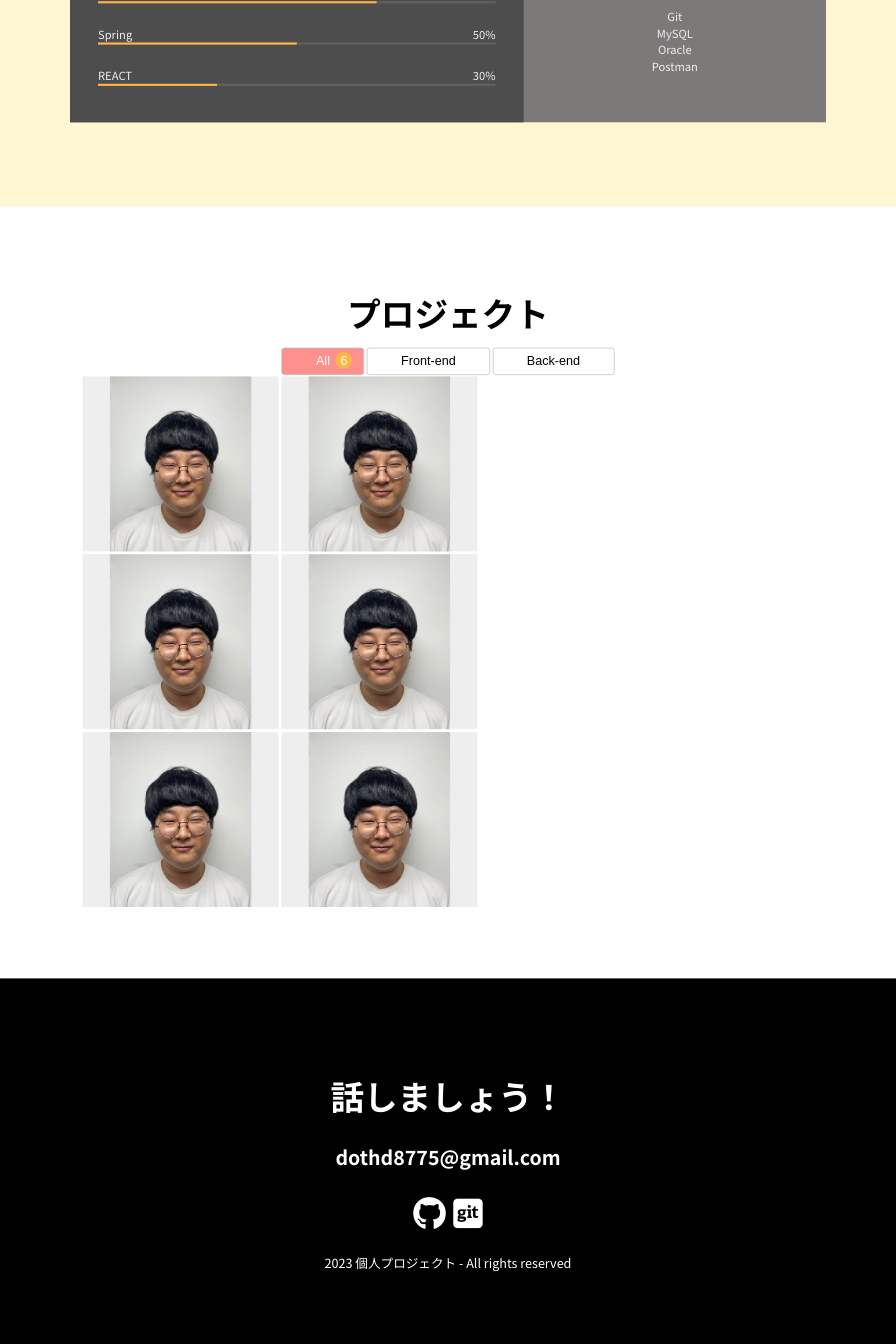
Repository: N1C0N1C0/website_introduction
Page: index.html
An editor plug-in stored every save of this project. The page is shown before and after the next save, followed by the edit.
The browser window is 1280 px wide. The pictures show the part of the page from y = 2114 to 4034 px (the page is 4034 px tall before and 3780 px after), at 70% of full size.
Some web libraries are served in a nearby version.

Above is the page before, as saved 2023-08-29 03:19:42.

### index.html
<!DOCTYPE html>
<html lang="en">
  <head>
    <meta charset="UTF-8" />
    <meta name="viewport" content="width=device-width, initial-scale=1.0" />
    <title>自己紹介</title>
    <meta
      name="description"
      content="Portfolio for engineer KimJeongmin"
    />
    <meta name="author" content="Kim" />
    <link rel="icon" type="image/icon" href="imgs/file-pdf-solid.svg" />
    <script src="https://kit.fontawesome.com/04742e9fab.js" crossorigin="anonymous"></script>
    <link href="https://fonts.googleapis.com/css2?family=Noto+Sans+JP:wght@300;400;500&display=swap" rel="stylesheet">

    <link rel="stylesheet" href="style.css" />
    <script src="main.js" defer></script>
  </head>
  <body>
    <!-- Navbar -->
    <nav id="navbar">
      <div class="navbar__logo">
        <i class="fa-regular fa-face-smile"></i>
        <a href="#">キムジョンミン</a>
      </div>
        <ul class="navbar__menu">
          <li class="navbar__menu__item active" data-link="#home">ホーム</li>
          <li class="navbar__menu__item" data-link="#about">紹介</li>
          <li class="navbar__menu__item" data-link="#skills">技術</li>
          <li class="navbar__menu__item" data-link="#work">プロジェクト</li>
          <li class="navbar__menu__item" data-link="#contact">連絡</li>
        </ul>

      <!-- Toggle button -->
      <button class="navbar__toggle-btn">
        <i class="fa-solid fa-bars"></i>
      </button>
    </nav>

    <!-- Home -->
    <section id="home">
      <div class="home__container">
      <img src="imgs/kimu.jpg" alt="Anzang" class="home__avatar" />
      <h1 class="home__title">ようこそ <br />キムジョンミンと申します。</h1>
      <h2 class="home__description">
        今は株式会社SISに内定者です。
      </h2>
      <button class="home__contact">連絡しましょう</button>
    </div>
    </section>
    <!-- About -->
    <section id="about" class="section" class="section__container">
      <h1>自己紹介</h1>
      <p>
        初めまして、2022年9月からITの方を勉強しています。
      </p>
      <div class="about__majors">
        <div class="major">
          <div class="major__icon">
            <i class="fa-brands fa-html5"></i>
          </div>
          <h2 class="major__title">Front-end</h2>
          <div class="major__description">
            HTML, CSS, JavaScript,
            <br />React
          </div>
        </div>
        <div class="major">
          <div class="major__icon">
            <i class="fa-sharp fa-solid fa-backward-fast"></i>
          </div>
          <h2 class="major__title">Back-end</h2>
          <div class="major__description">
            Java, JavaScript
            <br />
            Spring
          </div>
        </div>
      </div>
      <div class="about__jobs">
        <div class="job">
          <img src="imgs/sis_image.png" alt="sis" class="job__logo" style="width: 100px; height: 70px;"/>
          <div class="job_description">
            <p class="job__name">
              現在、株式会社SISの内定者
            </p>
            <p class="job__period">2023 SIS - From now on</p>
          </div>
        </div>
      </div>
    </section>

    <!-- Skills -->
    <section id="skills" class="section">
      <div class="section__container">
      <h1>技術</h1>
      <p>
        Lorem ipsum dolor, sit amet consectetur adipisicing elit. Odio nesciunt
        sit perspiciatis, iure quidem, unde ratione consequuntur omnis magni
        laudantium nobis nostrum reiciendis adipisci vitae laboriosam architecto
        sapiente nihil dolores.
      </p>
      <div class="skillset">
        <div class="skillset__left">
          <h3 class="skillset__title">Skills</h3>
          <div class="skill">
            <div class="skill__description">
              <span>HTML</span>
              <span>90%</span>
            </div>
            <div class="skill__bar">
              <div class="skill__value" style="width: 90%;"></div>
            </div>
          </div>
          <div class="skill">
            <div class="skill__description">
              <span>CSS</span>
              <span>80%</span>
            </div>
            <div class="skill__bar">
              <div class="skill__value" style="width: 80%;"></div>
            </div>
          </div>
          <div class="skill">
            <div class="skill__description">
              <span>JAVASCRIPT</span>
              <span>70%</span>
            </div>
            <div class="skill__bar">
              <div class="skill__value" style="width: 70%;"></div>
            </div>
          </div>
          <div class="skill">
            <div class="skill__description">
              <span>JAVA</span>
              <span>70%</span>
            </div>
            <div class="skill__bar">
              <div class="skill__value" style="width: 70%;"></div>
            </div>
          </div>
          <div class="skill">
            <div class="skill__description">
              <span>Spring</span>
              <span>50%</span>
            </div>
            <div class="skill__bar">
              <div class="skill__value" style="width: 50%;"></div>
            </div>
          </div>
          <div class="skill">
            <div class="skill__description">
              <span>REACT</span>
              <span>30%</span>
            </div>
            <div class="skill__bar">
              <div class="skill__value" style="width: 30%;"></div>
            </div>
          </div>
        </div>
        <div class="skillset__right">
          <div class="tools">
            <h3 class="skillset__title">Tools</h3>
            <ul class="tools__list">
              <li><span>Visual Studio Code</span></li>
              <li><span>IntelliJ</span></li>
              <li><span>Eclipse</span></li>
            </ul>
          </div>
          <br>
          <div class="etc">
            <h3 class="skillset__title">Etc</h3>
            <ul class="ect__list">
              <li><span>Git</span></li>
              <li><span>MySQL</span></li>
              <li><span>Oracle</span></li>
              <li><span>Postman</span></li>
            </ul>
          </div>
        </div>
      </div>
    </div>
    </section>
    <!-- Work -->
    <section id="work" class="section">
      <div class="section__container">
      <h1>プロジェクト</h1>
      <div class="work__categories">
        <button class="category__btn selected" data-filter="*">
          All<span class="category__count">6</span>
        </button>
        <button class="category__btn" data-filter="front-end">
          Front-end<span class="category__count">2</span>
        </button>
        <button class="category__btn" data-filter="back-end">
          Back-end<span class="category__count">4</span>
        </button>
      </div>

      <div class="work__projects">
        <a
          href="https://www.youtube.com/@dream-coding"
          class="project"
          target="_blank"
          data-type="front-end"
        >
          <img
            src="imgs/projects/안종민.png"
            alt="Anzang"
            class="project__img"
          />
          <div class="project__description">
            <h3>Youtube Site</h3>
            <span>Clone coding with HTML and CSS</span>
          </div>
        </a>
        <a
          href="https://www.youtube.com/@dream-coding"
          class="project"
          target="_blank"
          data-type="front-end"
        >
          <img
            src="imgs/projects/안종민.png"
            alt="Anzang"
            class="project__img"
          />
          <div class="project__description">
            <h3>Youtube Site</h3>
            <span>Clone coding with HTML and CSS</span>
          </div>
        </a>
        <a
          href="https://www.youtube.com/@dream-coding"
          class="project"
          target="_blank"
          data-type="back-end"
        >
          <img
            src="imgs/projects/안종민.png"
            alt="Anzang"
            class="project__img"
          />
          <div class="project__description">
            <h3>Youtube Site</h3>
            <span>Clone coding with HTML and CSS</span>
          </div>
        </a>
        <a
          href="https://www.youtube.com/@dream-coding"
          class="project"
          target="_blank"
          data-type="back-end"
        >
          <img
            src="imgs/projects/안종민.png"
            alt="Anzang"
            class="project__img"
          />
          <div class="project__description">
            <h3>Youtube Site</h3>
            <span>Clone coding with HTML and CSS</span>
          </div>
        </a>
        <a
          href="https://www.youtube.com/@dream-coding"
          class="project"
          target="_blank"
          data-type="back-end"
        >
          <img
            src="imgs/projects/안종민.png"
            alt="Anzang"
            class="project__img"
          />
          <div class="project__description">
            <h3>Youtube Site</h3>
            <span>Clone coding with HTML and CSS</span>
          </div>
        </a>
        <a
          href="https://www.youtube.com/@dream-coding"
          class="project"
          target="_blank"
          data-type="back-end"
        >
          <img
            src="imgs/projects/안종민.png"
            alt="Anzang"
            class="project__img"
          />
          <div class="project__description">
            <h3>Youtube Site</h3>
            <span>Clone coding with HTML and CSS</span>
          </div>
        </a>
      </div>
      </div>
    </section>
    <!-- Contact -->
    <section id="contact" class="section">
      <h1 class="contact__title">話しましょう！</h1>
      <h2 class="contact__email">dothd8775@gmail.com</h2>
      <div class="contact__links">
        <a href="https://github.com/N1C0N1C0" target="_blank">
          <i class="fa-brands fa-github"></i>
        </a>
        <a href="https://github.com/N1C0N1C0" target="_blank">
          <i class="fa-brands fa-square-git"></i>
        </a>
      </div>
      <p class="contact__rights">
        2023 個人プロジェクト - All rights reserved
      </p>
    </section>

    <!-- Arrow up -->
    <button class="arrow__up">
      <i class="fa-solid fa-arrow-up"></i>
    </button>
  </body>
</html>

### style.css
/* Global */
:root {
    /* Color */
    --color-white: #fff;
    --color-light-white: #eee;
    --color-dark-white: #bdbdbd;
    --color-pink: #fe918d;
    --color-dark-pink: #ff6863;
    --color-black: #4d4d4d;
    --color-dark-grey: #4d4d4d;
    --color-grey: #616161;
    --color-light-grey: #7c7979;
    --color-blue: #73aace;
    --color-yellow: #fff7d1;
    --color-orange: #feb546;
    --color-black: #000;

    /* Font size */
    --font-large: 48px;
    --font-medium: 28px;
    --font-regular: 18px;
    --font-small: 16px;
    --font-micro: 14px;

    /* Font weight */
    --weight-bold: 700;
    --weight-semi-bold: 600;
    --weight-regular: 400;

    /* Size */
    --size-border-radius: 4px;

    /* Animation */
    --animation-duration: 300ms;
}

/* Universal tags */
* {
    box-sizing: border-box;
}

body {
    font-family: 'Noto Sans JP', sans-serif;
    margin: 0;
    cursor: default;
}

a {
    text-decoration: none;
    color: var(--color-white);
}

ul {
    list-style: none;
    padding-left: 0;
}

button {
    background-color: transparent;
    cursor: pointer;
    border: none;
    outline: none;
    padding: 0;
}

/* Typography */
h1 {
    font-size: var(--font-large);
    font-weight: var(--weight-bold);
    color: var(--color-black);
    margin: 16px 0;
}

h2 {
    font-size: var(--font-medium);
    font-weight: var(--weight-semi-bold);
    color: var(--color-black);
    margin: 8px 0;
}

h3 {
    font-size: var(--font-regular);
    font-weight: var(--weight-regular);
    color: var(--color-black);
    margin: 8px 0;
}

p {
    font-size: var(--font-regular);
    font-weight: var(--weight-regular);
    color: var(--color-black);
    margin: 4px 0;
}

/* Navbar */
#navbar {
    position: fixed;
    width: 100%;
    display: flex;
    justify-content: space-between;
    background-color: transparent;
    align-items: center;
    color: var(--color-white);
    padding: 16px;
    transition: all var(--animation-duration) ease-in-out;
    z-index: 1;
}

#navbar.navbar--dark {
    background-color: var(--color-black);
    padding: 16px;

}

.navbar__menu {
    display: flex;
}

.navbar__logo {
    font-size: var(--font-medium);
    font-weight: var(--weight-semi-bold);
}

.navbar__menu__item {
    padding: 8px 12px;
    margin: 0 4px;
    cursor: pointer;
    color: var(--color-white);
    border: 1px solid transparent;
    border-radius: var(--size-border-radius);
}

.navbar__menu__item.active {
    border: 1px solid var(--color-white);
}

.navbar__menu__item:hover {
    border-color: var(--color-white);
    background-attachment: var(--color-dark-grey);
}

.navbar__toggle-btn {
    position: absolute;
    top: 20px;
    right: 32px;
    font-size: 24px;
    color: var(--color-white);
    display: none;
}

/* Home */
#home {
    background-color: var(--color-black);
    padding: 40px;
    padding-top: 120px;
    text-align: center;
}

.home__avatar {
    width: 250px;
    height: 250px;
    border-radius: 50%;
    border: 2px solid var(--color-light-white);
}

.home__title,
.home__description {
    color: var(--color-white);
}

.home__contact {
    color: var(--color-white);
    font-size: var(--font-regular);
    font-weight: var(--weight-bold);
    margin: 24px;
    padding: 8px 12px;
    border: 2px solid var(--color-white);
    border-radius: var(--size-border-radius);
}

.home__contact:hover {
    background-color: var(--color-orange);
}

/* Section common */
.section {
    padding: 100px;
    text-align: center;
    margin: auto;
}

.section__container {
    max-width: 1200px;
    margin: auto;
}

/* About */
.about__majors {
    display: flex;
    justify-content: space-around;
    margin: 80px 0;
}

.major__icon {
    width: 170px;
    height: 170px;
    line-height: 170px;
    font-size: 70px;
    margin: auto;
    color: var(--color-blue);
    border: 1px solid var(--color-blue);
    border-radius: 50%;
    margin-bottom: 16px;
}
.major__icon i {
    transition: all var(--animation-duration) ease;
}
.major__icon:hover i {
    color: var(--color-pink);
    transform: rotate(-45deg) scale(1.1);
}
.major__title, .major__description {
    color: var(--color-dark-grey);
}

.major__description {
    font-size: var(--font-small);
}

.job {
    display: flex;
    align-items: center;
    margin-bottom: 10px;
}

.job_description {
    margin: 0 16px;
    text-align: left;
}

.job__name,
.job__period {
    color: var(--color-light-grey);
}

.job__name {
    font-size: var(font-small);
}

.job__period {
    font-size: var(--font-micro);
}

/* Skill */

#skills {
    background-color: var(--color-yellow);
}

.skillset {
    display: flex;
    background-color: var(--color-light-grey);
    color: var(--color-light-white);
    margin: 20px 0;
}

.skillset__title {
    color: var(--color-white);
}

.skill {
    margin-bottom: 32px;
}

.skill__description {
    display: flex;
    justify-content: space-between;
}

.skillset__left {
    flex-basis: 60%;
    background-color: var(--color-dark-grey);
    padding: 20px 40px;
}

.skill__bar {
    width: 100%;
    height: 3px;
    background-color: var(--color-grey);
}

.skill__value {
    height: 3px;
    background-color: var(--color-orange);
}

.skillset__right {
    flex-basis: 40%;
}

.tools {
    background-color: var(--color-grey);
}

.tools,
.etc {
    padding: 20px;
}

/* Work */

.work_categories {
    margin: 40px;
}

.category__btn {
    border: 1px solid var(--color-dark-white);
    border-radius: var(--size-border-radius);
    font-size: var(--font-regular);
    padding: 8px 48px;
    position: relative;
}

.category__btn.selected,
.category__btn:hover {
    background-color: var(--color-pink);
    color: var(--color-white);
}

.category__btn.selected .category__count,
.category__btn:hover .category__count {
    opacity: 1;
}
.category__count {
    background-color: var(--color-orange);
    border-radius: 50%;
    color: var(--color-white);
    margin-left: 5px;
    width: 24px;
    height: 24px;
    line-height: 24px;
    display: inline-block;
    position: absolute;
    top: 5px;
    right: 16px;
    opacity: 0;
    transition: all var(--animation-duration) ease;
}

.work__projects {
    width: 600px;
    display: flex;
    flex-wrap: wrap;
    justify-content: center;
    opacity: 1;
    transition: all var(--animation-duration) ease-out;
}

.work__projects.anim-out {
    opacity: 0;
    transform: scale(0.96) translateY(40px);

}

.project {
    position: relative;
    display: flex;
    flex-direction: column;
    justify-content: center;
    width: 280px;
    height: 250px;
    margin: 2px;
    background-color: var(--color-light-white);
}

.project.invisible {
    display: none;
}

.project__img {
    max-width: 100%;
    max-height: 100%;
    align-self: center;
}

.project__description {
    position: absolute;
    background-color: black;
    display: flex;
    flex-direction: column;
    justify-content: center;
    width: 100%;
    height: 100%;
    top: 0;
    left: 0;
    opacity: 0;
    transform: translateY(15px);
    transition: all var(--animation-duration) ease-in;
}

.project:hover .project__description {
    opacity: 0.8;
    transform: translateY(0px);
}

.project__description h3 {
    color: var(--color-orange);
}

.project__description h3:after {
    content: '';
    display: block;
    position: relative;
    left: 50%;
    width: 50px;
    height: 2px;
    transform: translateX(-25%);
    margin-left: -12px;
    margin-top: 8px;
    background-color: var(--color-dark-white);
}



/* Contact */
#contact {
    background-color: var(--color-black);
}

.contact__title,
.contact__email,
.contact__rights {
    color: var(--color-white);
}

.contact__title {
    margin: 32px 0;
}

.contact__links {
    font-size: var(--font-large);
    margin: 24px 0;
}

.contact__links i:hover {
    transform: scale(1.1);
    color: var(--color-yellow);
    transition: all var(--animation-duration) ease-in;
}

/* Scroll */
.arrow__up {
    position: fixed;
    bottom: 50px;
    right: 50px;
    width: 70px;
    height: 70px;
    font-size: 50px;
    color: var(--color-white);
    background-color: var(--color-black);
    border-radius: 50%;
    opacity: 0;
    pointer-events: none;
    transition: all var(--animation-duration) ease-in;
}

.arrow__up.visible {
    opacity: 1;
    pointer-events: auto;
}

/* For below 768px screen width */
@media screen and (max-width: 768px) {
    :root {
        /* Font size */
        --font-large: 30px;
        --font-medium: 18px;
        --font-regular: 16px;
        --font-small: 14px;
        --font-micro: 12px;
    }

    .navbar__toggle-btn {
        display: block;
        top: 16px;
        right: 16px;
        font-size: var(--font-medium);
    }

    #navbar {
        flex-direction: column;
        align-items: flex-start;
        background-color: var(--color-black);
    }

    #navbar.navbar--dark {
        padding: 16px;
    }

    .navbar__menu {
        flex-direction: column;
        text-align: center;
        width: 100%;
        display: none;
    }

    .navbar__menu.open {
        display: block;
    }

    .section {
        padding: 16px;
        padding-top: 40px;
    }

    .about__majors {
        flex-direction: column;
        margin-top: 30px;
        margin-bottom: 0;
    }

    .major {
        margin-bottom: 30px;
    }

    .skillset {
        flex-direction: column;
    }

    .category__btn {
        margin: 4px 0;
    }

    .work__categories {
        display: flex;
        flex-direction: column;
        margin-bottom: 10px;
    }

    .project {
        flex-grow: 1;
    }

    .testimonial {
        flex-direction: column;
        align-items: center;
    }

    .testimonial__avatar {
        width: 120px;
        height: 120px;
    }

    .testimonial__avatar:nth-child(odd),
    .testimonial__avatar:nth-child(even) {
        margin: 0;
        margin-bottom: 8px;
    }

    .testimonial__speech-bubble {
        order: 1;
    }

    .arrow__up {
        width: 50px;
        height: 50px;
        font-size: 30px;
        right: 16px;
        bottom: 16px;
    }
}

Loaded but not shown: main.js (153 lines, source omitted)

After the next save:
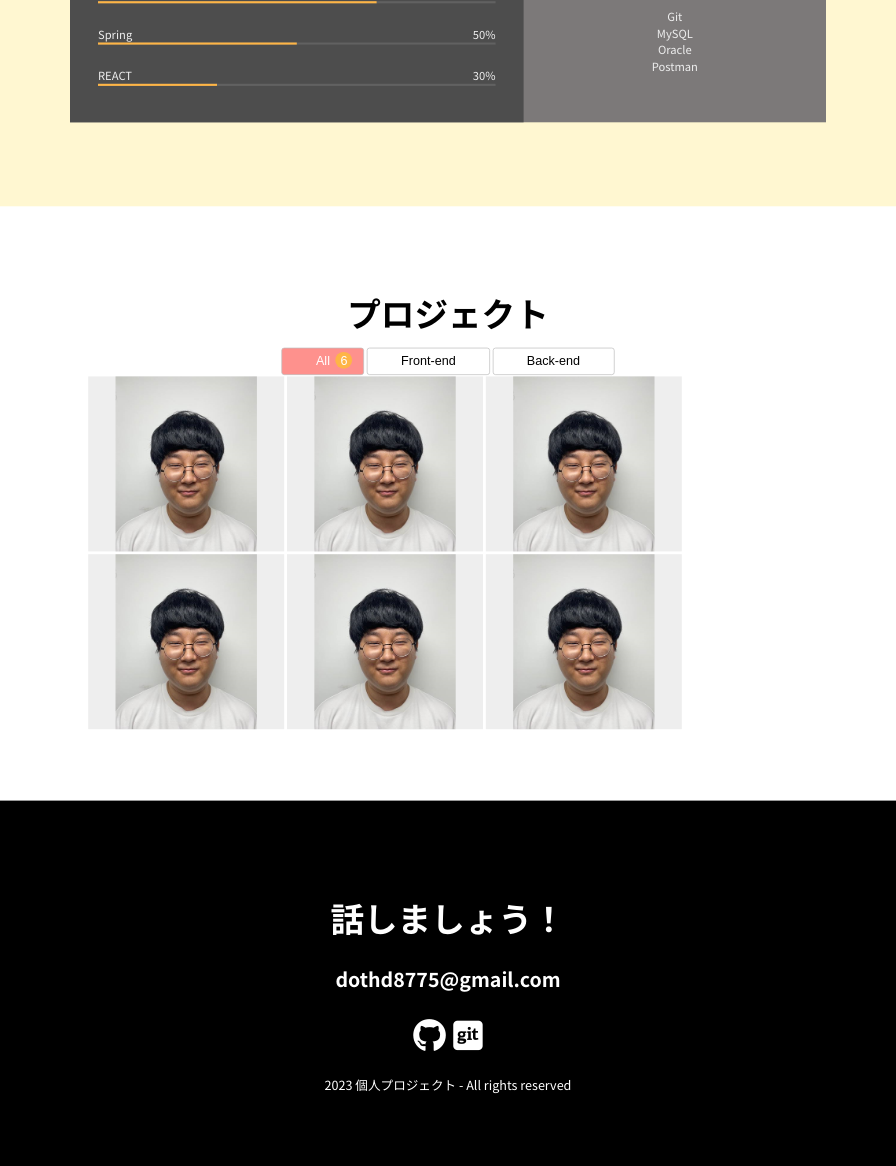
Saved 8 s later.
--- a/style.css
+++ b/style.css
@@ -348,7 +348,7 @@ p {
 }
 
 .work__projects {
-    width: 600px;
+    width: 900px;
     display: flex;
     flex-wrap: wrap;
     justify-content: center;
